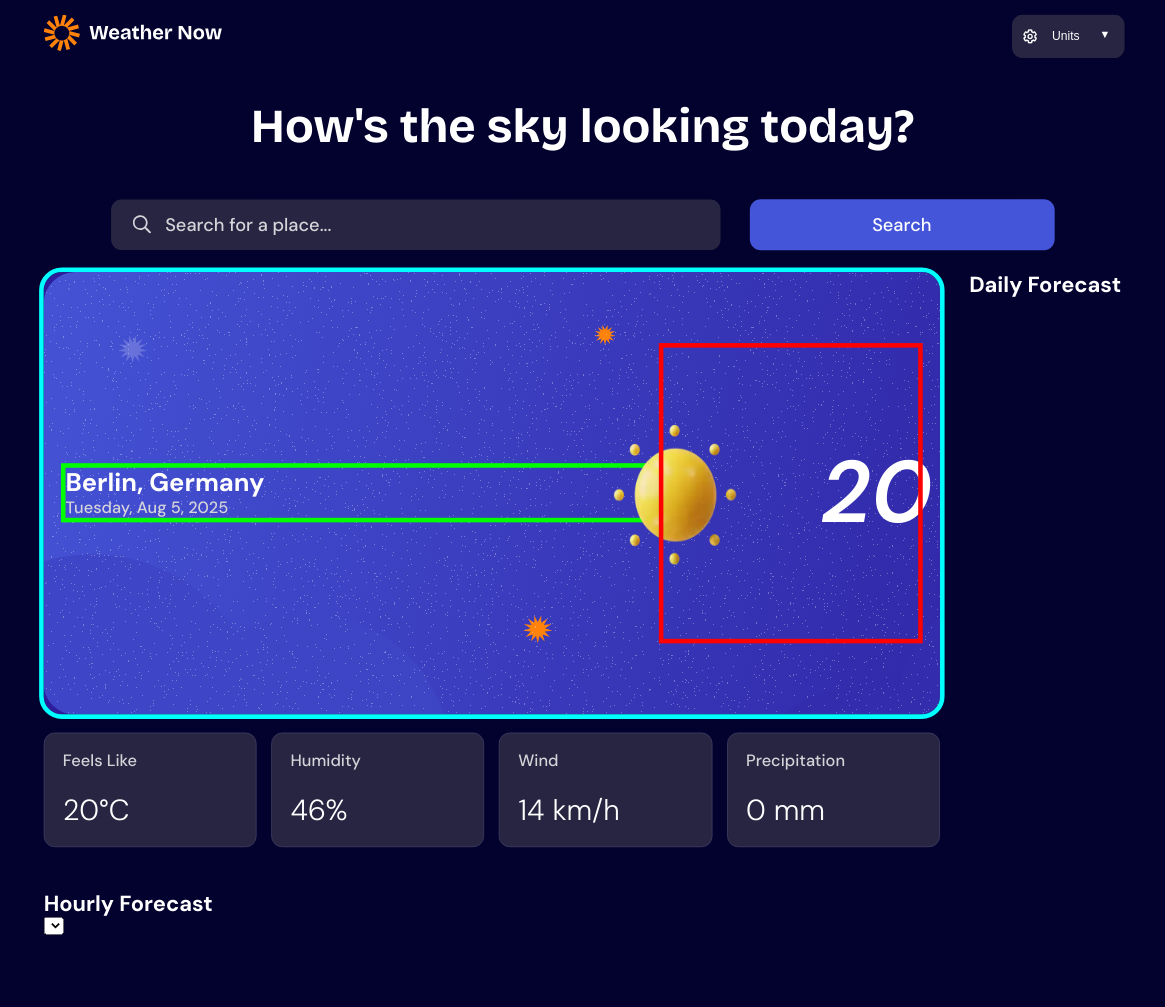
Repository: MKwaak/weather-app-main
Page: index.html
An editor plug-in stored every save of this project. The page is shown before and after the next save, followed by the edit.
The browser window is 1280 px wide. The pictures show the whole page, at 91% of full size.
The page's requests for data from a server got no answer.

Above is the page before, as saved 2026-01-29 00:47:19.

### index.html
<!doctype html>
<html lang="en">
  <head>
    <meta charset="UTF-8" />
    <meta name="viewport" content="width=device-width, initial-scale=1.0" />
    <!-- displays site properly based on user's device -->

    <link
      rel="icon"
      type="image/png"
      sizes="32x32"
      href="/assets/images/favicon-32x32.png"
    />

    <title>Frontend Mentor | Weather app</title>
    <link rel="stylesheet" href="/style.css" />
    <script src="/script.js" defer></script>

    <!-- Feel free to remove these styles or customise in your own stylesheet 👍 -->
    <style>
      .attribution {
        font-size: 11px;
        text-align: center;
      }
      .attribution a {
        color: hsl(228, 45%, 44%);
      }
    </style>
  </head>
  <body>
    <a href="#main" class="skip-link visually-hidden">skip to main content</a>

    <header class="header wrapper">
      <div class="header__content">
        <a class="header__homelink" href="/">
          <img
            class="header__logo"
            src="/assets/images/logo.svg"
            alt="Weather Now Home"
            width="197"
            height="40"
          />
        </a>

        <div class="header__units">
          <label for="ddlUnits" class="visually-hidden"
            >Temperature units</label
          >

          <div class="header__select">
            <select class="header__dropdown" name="units" id="ddlUnits">
              <option value="">Units</option>
              <option value="C">Celsius</option>
              <option value="F">Fahrenheit</option>
            </select>
          </div>
        </div>
      </div>
    </header>

    <main id="main" class="main wrapper">
      <section class="hero">
        <div class="hero__content">
          <h1 class="hero__title">How's the sky looking today?</h1>

          <form class="hero__search">
            <label for="search" class="visually-hidden">Search Location</label>
            <input
              type="text"
              id="search"
              class="hero__textbox"
              placeholder="Search for a place..."
            />
            <button class="hero__button" type="submit">Search</button>
          </form>
        </div>
      </section>

      <div class="dashboard">
        <section class="current">
          <h2 class="visually-hidden">Current Location Temperature</h2>

          <div class="current__content">
            <div class="current__weather">
              <div class="current__location">
                <div id="divCityCountry" class="current__city">
                  Berlin, Germany
                </div>
                <div id="divCurrentDate" class="current__date">
                  Tuesday, Aug 5, 2025
                </div>
              </div>

              <div class="current__info">
                <img
                  class="current__icon"
                  src="/assets/images/icon-sunny.webp"
                  alt=""
                  width="320"
                  height="320"
                />
                <div id="divCurrentTemp" class="current__temp">
                  <span>20</span>°C
                </div>
              </div>
            </div>

            <div class="current__conditions">
              <div class="block current__condition">
                <p class="current__condition-title">Feels Like</p>
                <p id="feels-like" class="current__condition-value">20°C</p>
              </div>

              <div class="block current__condition">
                <p class="current__condition-title">Humidity</p>
                <p id="humidity" class="current__condition-value">46%</p>
              </div>

              <div class="block current__condition">
                <p class="current__condition-title">Wind</p>
                <p id="wind" class="current__condition-value">14 km/h</p>
              </div>

              <div class="block current__condition">
                <p class="current__condition-title">Precipitation</p>
                <p id="precipitation" class="current__condition-value">0 mm</p>
              </div>
            </div>
          </div>
        </section>

        <section class="daily">
          <h2 class="section__title daily__title">Daily Forecast</h2>
          <div class="daily__forecast" id="dailyForecast"></div>
        </section>

        <section class="hourly">
          <div class="hourly__content">
            <div class="hourly__header">
              <h2 class="section__title hourly__title">Hourly Forecast</h2>
              <label for="hourlyDay" class="visually-hidden">Select day</label>
              <select
                name="hourly-day"
                id="hourlyDay"
                class="hourly__timeframe-select"
              >
                <!-- JS will inject current day -->
              </select>
            </div>

            <div class="hourly__hours" id="hourlyForecast">
              <!-- JS will inject hourly blocks here -->
            </div>
          </div>
        </section>
      </div>
    </main>
  </body>
</html>

### style.css
@layer global {
  /* dm-sans-300 - latin */
  @font-face {
    font-display: swap; /* Check https://developer.mozilla.org/en-US/docs/Web/CSS/@font-face/font-display for other options. */
    font-family: "DM Sans";
    font-style: normal;
    font-weight: 300;
    src: url("/assets/fonts/dm-sans-v17-latin-300.woff2") format("woff2"); /* Fixed path */
  }
  /* dm-sans-500 - latin */
  @font-face {
    font-display: swap; /* Check https://developer.mozilla.org/en-US/docs/Web/CSS/@font-face/font-display for other options. */
    font-family: "DM Sans";
    font-style: normal;
    font-weight: 500;
    src: url("/assets/fonts/dm-sans-v17-latin-500.woff2") format("woff2"); /* Fixed path */
  }
  /* dm-sans-600 - latin */
  @font-face {
    font-display: swap; /* Check https://developer.mozilla.org/en-US/docs/Web/CSS/@font-face/font-display for other options. */
    font-family: "DM Sans";
    font-style: normal;
    font-weight: 600;
    src: url("/assets/fonts/dm-sans-v17-latin-600.woff2") format("woff2"); /* Fixed path */
  }
  /* dm-sans-600italic - latin */
  @font-face {
    font-display: swap; /* Check https://developer.mozilla.org/en-US/docs/Web/CSS/@font-face/font-display for other options. */
    font-family: "DM Sans";
    font-style: italic;
    font-weight: 600;
    src: url("/assets/fonts/dm-sans-v17-latin-600italic.woff2") format("woff2"); /* Fixed path */
  }
  /* dm-sans-700 - latin */
  @font-face {
    font-display: swap; /* Check https://developer.mozilla.org/en-US/docs/Web/CSS/@font-face/font-display for other options. */
    font-family: "DM Sans";
    font-style: normal;
    font-weight: 700;
    src: url("/assets/fonts/dm-sans-v17-latin-700.woff2") format("woff2"); /* Fixed path */
  }

  /* bricolage-grotesque-regular - latin */
  @font-face {
    font-display: swap; /* Check https://developer.mozilla.org/en-US/docs/Web/CSS/@font-face/font-display for other options. */
    font-family: "Bricolage Grotesque";
    font-style: normal;
    font-weight: 400;
    src: url("/assets/fonts/bricolage-grotesque-v9-latin-regular.woff2")
      format("woff2"); /* Fixed path */
  }
  /* bricolage-grotesque-700 - latin */
  @font-face {
    font-display: swap; /* Check https://developer.mozilla.org/en-US/docs/Web/CSS/@font-face/font-display for other options. */
    font-family: "Bricolage Grotesque";
    font-style: normal;
    font-weight: 700;
    src: url("/assets/fonts/bricolage-grotesque-v9-latin-700.woff2")
      format("woff2"); /* Fixed path */
  }

  :root {
    --c-neutral-900: hsl(243, 96%, 9%);
    --c-neutral-800: hsl(243, 27%, 20%);
    --c-neutral-700: hsl(243, 23%, 24%);
    --c-neutral-600: hsl(243, 23%, 30%);
    --c-neutral-300: hsl(240, 6%, 70%);
    --c-neutral-200: hsl(250, 6%, 84%);
    --c-neutral-0: hsl(0, 0%, 100%);
    --c-orange-500: hsl(28, 100%, 52%);
    --c-blue-500: hsl(233, 67%, 56%);
    --c-blue-700: hsl(248, 70%, 36%);

    --color-main-bg: var(--c-neutral-900);
    --color-panel-bg-dark: var(--c-neutral-800);
    --color-panel-bg-dark-hover: var(--c-neutral-700);
    --color-panel-bg-medium: var(--c-neutral-700);
    --color-panel-bg-light: var(--c-neutral-600);
    --color-panel-border: var(--c-neutral-600);
    --color-text-light: var(--c-neutral-0);
    --color-text-med-light: var(--c-neutral-200);
    --color-button-bg: var(--c-blue-500);
    --color-button-bg-hover: var(--c-blue-700);

    --fs-96: calc(96 / 16 * 1rem);
    --fs-52: calc(52 / 16 * 1rem);
    --fs-32: calc(32 / 16 * 1rem);
    --fs-28: calc(28 / 16 * 1rem);
    --fs-20: calc(20 / 16 * 1rem);
    --fs-18: calc(18 / 16 * 1rem);
    --fs-16: calc(16 / 16 * 1rem);
    --fs-14: calc(14 / 16 * 1rem);

    --font-size-h1: var(--fs-52);
    --font-size-dropdown: var(--fs-14);
    --font-size-search: var(--fs-20);
    --font-size-city: var(--fs-28);
    --font-size-date: var(--fs-18);
    --font-size-temp: var(--fs-96);
    --font-size-panel-title: var(--fs-18);
    --font-size-panel-value: var(--fs-32);
    --font-size-forecast-title: var(--fs-20);
    --font-size-forecast-day: var(--fs-18);
    --font-size-forecast-temp: var(--fs-16);
    --font-size-forecast-dropdown: var(--fs-16);
    --font-size-forecast-hour: var(--fs-20);

    @media (width >= calc(700 / 16 * 1rem)) {
      --font-size-dropdown: var(--fs-16);
    }

    --color-white: hsl(0, 0%, 100%);
    --color-light-blue: hsl(223, 64%, 98%);
    --color-light-grayish-blue: hsl(223, 23%, 93%);
    --color-dark-grayish-blue: hsl(219, 14%, 63%);
    --color-very-dark-blue: hsl(218, 23%, 16%);
    --font-family-primary: "DM Sans", sans-serif; /* Removed duplicate */
    --font-family-secondary:
      "Bricolage Grotesque", sans-serif; /* Removed duplicate */
  }

  *,
  *::before,
  *::after {
    box-sizing: border-box;
  }
  * {
    margin: 0;
  }

  img {
    max-width: 100%;
  }

  body {
    font-family: "DM Sans", Arial, Helvetica, sans-serif;
    font-weight: 500;
    background-color: var(--color-main-bg);
    color: var(--color-text-light);
    line-height: 1.2;
    padding-block-end: 80px;
  }

  h1 {
    font-family: "Bricolage Grotesque", Arial, Helvetica, sans-serif;
  }

  input,
  button,
  textarea {
    font: inherit;
    width: 100%;
    border: none;
  }

  .wrapper {
    display: grid;
    /* Gebruik 'minmax' voor de middelste kolom om stabiliteit te forceren */
    grid-template-columns:
      1fr
      minmax(0, calc(1200 / 16 * 1rem))
      1fr;
    padding-inline: 16px; /* Dit vervangt die calc(100% - 32px) logica op een cleanere manier */

    @media (width >= calc(700 / 16 * 1rem)) {
      grid-template-columns:
        1fr
        minmax(0, calc(1184 / 16 * 1rem))
        1fr;
      padding-inline: 24px;
    }

    > * {
      grid-column: 2;
    }
  }

  .visually-hidden {
    position: absolute;
    left: -10000px;
    top: auto;
    width: 1px;
    height: 1px;
    overflow: hidden;
  }

  .main {
    width: 100%;
    max-width: 1280px; /* pick a number and stick to it */
    margin-inline: auto;
    padding-inline: 24px;
  }

  .dashboard {
    display: grid;
    gap: 32px;
    grid-template-areas:
      "current"
      "daily"
      "hourly";
    @media (width >= calc(1000 / 16 * 1rem )) {
      gap: 48px 32px;
      grid-template-columns: minmax(0, 2fr) minmax(0, 1fr);
      grid-template-areas:
        "current current hourly"
        "daily daily hourly";
    }
  }

  .block {
    background-color: var(--color-panel-bg-dark);
    border: 1px solid var(--color-panel-border);
    border-radius: 12px;
  }

  .visually-hidden {
    position: absolute !important;
    width: 1px;
    height: 1px;
    padding: 0;
    margin: -1px;
    overflow: hidden;
    clip: rect(0, 0, 0, 0);
    clip-path: inset(50%);
    white-space: nowrap;
    border: 0;
  }

  .skip-link:focus {
    position: absolute;
    left: 16px;
    right: 16px;
    width: auto;
    height: auto;
    margin: 0;
    clip-path: none;
    white-space: normal;
    background-color: var(--color-main-bg);
    color: var(--color-text-light);
    padding: 10px 14px;
    z-index: 1000;
  }
}

@layer component {
  .header {
    .header__content {
      display: flex;
      align-items: center;
      justify-content: space-between;
      padding-block-start: 16px;
    }

    .header__homelink {
    }
    .header__logo {
      width: calc(137 / 16 * 1rem);

      @media screen and (width >= calc(700 / 16 * 1rem)) {
        width: calc(197 / 16 * 1rem);
      }
    }

    .header__select {
      position: relative;
      width: 120px;
      height: 44px;
      overflow: visible; /* important for debugging */
    }

    .header__select::after {
      content: "▼";
      position: absolute;
      right: 12px;
      top: 50%;
      transform: translateY(-50%);
      font-size: 12px;
      color: white;
      pointer-events: none;
    }

    .header__dropdown {
      /*background-image: url("/assets/images/icon-units.svg"); This line is in HTML */
      appearance: none;
      -webkit-appearance: none;
      -moz-appearance: none;

      height: 48px;
      padding: 0 1rem 0 2.75rem;
      line-height: 48px;

      background-color: var(--color-panel-bg-dark);
      background-image: url("/assets/images/icon-units.svg");
      background-repeat: no-repeat;
      background-position: 0.75rem center;
      background-size: 16px;

      color: var(--color-text-light);
      border: none;
      border-radius: 12px;
      cursor: pointer;
    }
  }

  .hero {
    .hero__content {
      display: grid;
      justify-items: stretch; /* Dwingt kinderen om breedte te pakken */
      padding-block-start: 48px;
      width: 100%;
    }

    .hero__title {
      font-size: var(--font-size-h1);
      margin-block-end: 48px;
      text-align: center;
      line-height: 1.2;

      @media (width < calc(1000 / 16 * 1rem)) {
        max-width: 15ch;
      }
    }

    /* Hero search container */
    .hero__search {
      display: grid;
      grid-template-columns: 1fr;
      gap: 16px;

      /* MATCH DE DASHBOARD-LOGICA: */
      width: 100%;
      max-width: 1037px; /* Zorg dat dit exact gelijk is aan de max-width van je dashboard */
      margin-inline: auto; /* Dit centreert de balk, net zoals bij het dashboard */
      margin-block-end: 24px;

      @media (min-width: calc(1000 / 16 * 1rem)) {
        /* Gebruik exact dezelfde kolommen en gap als in je dashboard */
        grid-template-columns: 2fr 1fr;
        gap: 32px;
        align-items: center;
      }
    }

    /* Input box */
    .hero__textbox {
      appearance: none;
      -webkit-appearance: none;

      background-color: var(--color-panel-bg-dark);
      background-image: url("/assets/images/icon-search.svg");
      background-repeat: no-repeat;
      background-position: 24px center;
      color: var(--color-text-light);
      font-size: var(--font-size-search);
      padding: 16px 20px 16px 60px;
      border: none;
      border-radius: 12px;
      width: 100%; /* fill available space in grid */
      min-width: 0; /* allow shrinking in grid */
      box-sizing: border-box; /* include padding in width */
    }

    /* remove default focus outline */
    .hero__textbox:focus {
      outline: none;
    }

    /* accessible keyboard focus */
    .hero__textbox:focus-visible {
      box-shadow: 0 0 0 2px var(--color-panel-border);
    }

    /* placeholder text */
    .hero__textbox::placeholder {
      color: var(--color-text-med-light);
    }

    /* hover */
    .hero__textbox:hover {
      background-color: var(--color-panel-bg-dark-hover);
    }

    .hero__textbox:-webkit-autofill {
      -webkit-box-shadow: 0 0 0 1000px var(--color-panel-bg-dark) inset;
      -webkit-text-fill-color: var(--color-text-light);
    }

    /* Search button */
    .hero__button {
      background-color: var(--c-blue-500);
      border-radius: 12px;
      font-size: var(--font-size-search);
      color: var(--color-text-light);
      padding: 16px 24px; /* keep top/bottom padding */
      transition: background-color 120ms ease-in-out;
      height: 100%; /* match input height when side-by-side */
    }

    .hero__button:hover {
      /* Fixed nested selector */
      background-color: var(--color-button-bg-hover);
      cursor: pointer;
    }
  }

  .current {
  grid-area: current;
  min-width: 0;
  width: 100%; /* Comment gefixed */

  .current__weather {
    outline: 5px solid cyan !important;
    display: flex;
    flex-direction: column;
    gap: 16px;
    margin-block-end: 20px;
    padding: 40px 24px;
    background-image: url(/assets/images/bg-today-small.svg);
    background-repeat: no-repeat;
    background-color: var(--c-blue-700);
    background-size: cover;
    background-position: center-bottom;
    border-radius: 20px;
    overflow: hidden;

    @media (width >= calc(700 / 16 * 1rem)) {
      display: grid;
      grid-template-columns: 1fr 280px;
      align-items: center;
      background-image: url(/assets/images/bg-today-large.svg);
      gap: 0;
      padding-block: 83px;
    }

    /* DEZE TWEE MOETEN BINNEN DE .current__weather BLIJVEN */
    .current__location {
      outline: 5px solid lime !important;
      min-width: 0;
      width: 100%;
      overflow: hidden;
      text-align: center;
      @media (width >= calc(700 / 16 * 1rem)) {
        text-align: left;
      }

      .current__city {
        font-size: var(--font-size-city);
        font-weight: 700;
        display: block;
        width: 100%;
        min-width: 0;
        max-width: 100%;
        overflow: hidden;
        text-overflow: ellipsis;
        white-space: nowrap;
      }

      .current__date {
        font-size: var(--font-size-date);
        color: var(--color-text-med-light);
      }
    }

    .current__info {
      outline: 5px solid red !important;
      display: flex;
      align-items: center;
      gap: 20px;
      flex-shrink: 0;
      width: auto;
      justify-content: center;

      @media (width >= calc(700 / 16 * 1rem)) {
        width: 280px;
        justify-content: flex-end;
      }

      /* Temp hoort hier ook in als hij in de rode bak zit */
      .current__temp {
        font-size: var(--fs-96);
        line-height: 1;
        font-weight: 600;
        font-style: italic;
        display: inline-block;
        min-width: 1.6ch;
        text-align: right;
      }
    }
  } /* <-- HIER sluit pas de blauwe bak (weather) */

  .current__conditions {
    display: grid;
    grid-template-columns: repeat(2, 1fr);
    gap: 16px;

    @media (width >= calc(700 / 16 * 1rem)) {
      grid-template-columns: repeat(4, 1fr);
    }

    .current__condition {
      padding: 20px;
    }

    .current__condition-title {
      font-size: var(--font-size-panel-title);
      color: var(--color-text-med-light);
      margin-block-end: 24px;
    }

    .current__condition-value {
      font-size: var(--font-size-panel-value);
      font-weight: 300;
    }
  }

.daily {
  grid-area: daily;
}

.daily__title {
  font-size: var(--font-size-forecast-title);
}

.daily__forecast {
  display: grid;
  grid-template-columns: repeat(3, 1fr);
  gap: 16px;

  @media (width >= calc(700 / 16 * 1rem)) {
    grid-template-columns: repeat(7, 1fr);
  }
}

.daily__day {
  display: grid;
  justify-items: center;
  gap: 16px;
  padding: 16px 10px;
  text-align: center;
}

.daily__day-title {
  font-size: var(--font-size-forecast-day);
}

.daily__day-icon {
  width: 60px;
  height: auto;
}

.daily__day-temps {
  display: flex;
  justify-content: space-between;
  font-size: var(--font-size-forecast-temp);
  justify-self: stretch;
  /*width: 100%;*/
}

.daily__day-high {
}

.daily__day-low {
  color: var(--color-text-med-light);
}

.hourly {
  grid-area: hourly;
  display: flex;
  flex-direction: column;
  height: 100%; /* 👈 allow full grid height */
  background-color: var(--color-panel-bg-dark);
  border-radius: 20px;
  padding: 20px 16px;
}

.hourly__header {
  display: flex;
  justify-content: space-between;
  align-items: center;
  margin-block-end: 16px;
}

.hourly__title {
  font-size: var(--font-size-forecast-title);
  font-weight: 600;
}

.hourly__select {
}

.hourly__select-day {
}

/* Hourly container */
.hourly__hours {
  flex: 1; /* fill remaining height of .hourly */
  display: flex;
  flex-direction: column; /* stack vertically */
  gap: 12px; /* spacing between hour blocks */
  overflow-y: auto; /* scroll if too many hours */
  padding-right: 4px; /* optional for scrollbar spacing */
}

/* Hourly blocks */
.hourly__hour {
  display: grid;
  grid-template-columns: auto 1fr auto; /* icon | time | temp */
  align-items: center;
  padding: 12px 16px; /* slightly bigger padding for height */
  background-color: var(--color-panel-bg-medium);
  border: 1px solid var(--color-panel-border);
  border-radius: 8px;

  flex: 1 1 0; /* 👈 make each hour block grow equally */
  min-height: 60px; /* optional, keeps them readable */
}

.hourly__hour-icon {
  width: 32px;
  height: 32px;
}

.hourly__hour-time {
  text-align: left;
}

.hourly__hour-temp {
  text-align: right;
}

/* Highlight current hour */
.hourly__hour.current {
  border: 2px solid var(--color-accent);
  background-color: var(--color-panel-bg-light);
}

/* Dashboard wrapper */
.dashboard {
  display: grid;
  width: 100%; /* DIT zorgt dat hij niet 'ademt' met de tekst mee */
  max-width: calc(
    1184 / 16 * 1rem
  ); /* Zo is het gelijk aan de wrapper max-width */
  row-gap: 24px; /* vertical spacing between panels */
  column-gap: 32px; /* horizontal spacing between columns */
  margin: 0 auto; /* center horizontally */
  grid-template-areas:
    "current"
    "daily"
    "hourly";
}

@media (width >= calc(1000 / 16 * 1rem)) {
  .dashboard {
    gap: 48px 32px;
    /* DIT IS DE KEY: we vervangen 2fr 1fr door dit: */
    /*grid-template-columns: minmax(0, 2fr) minmax(0, 1fr);*/
    grid-template-columns: 750px 402px;
    grid-template-areas:
      "current hourly"
      "daily   hourly";
  }
}

Loaded but not shown: script.js (391 lines, source omitted)

After the next save:
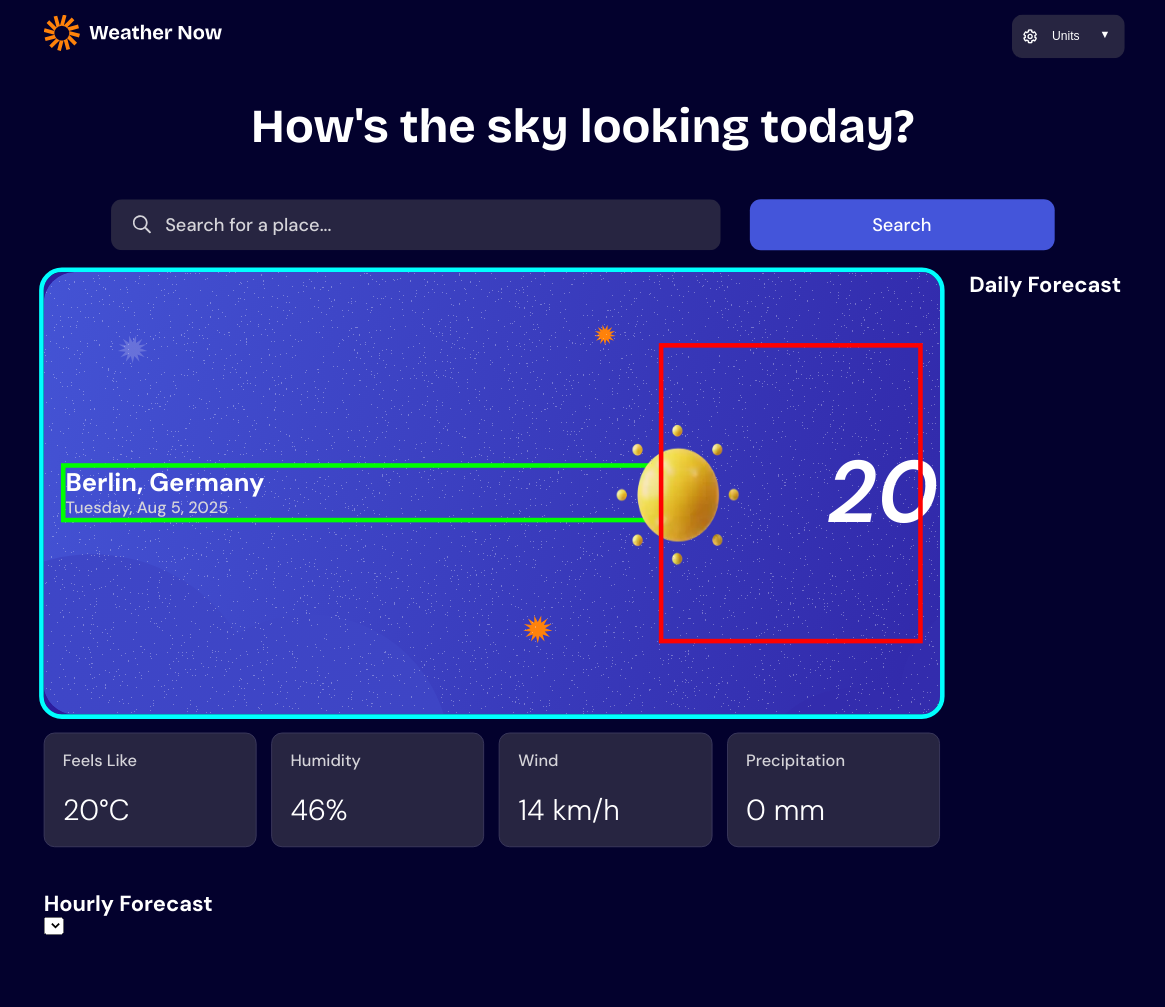
Saved 9 min 26 s later.
--- a/style.css
+++ b/style.css
@@ -463,9 +463,7 @@
 
     .current__info {
       outline: 5px solid red !important;
-      display: flex;
       align-items: center;
-      gap: 20px;
       flex-shrink: 0;
       width: auto;
       justify-content: center;
@@ -473,6 +471,8 @@
       @media (width >= calc(700 / 16 * 1rem)) {
         width: 280px;
         justify-content: flex-end;
+        display: flex;
+        gap: 24px;
       }
 
       /* Temp hoort hier ook in als hij in de rode bak zit */
@@ -482,7 +482,7 @@
         font-weight: 600;
         font-style: italic;
         display: inline-block;
-        min-width: 1.6ch;
+        min-width: 1.5ch;
         text-align: right;
       }
     }
